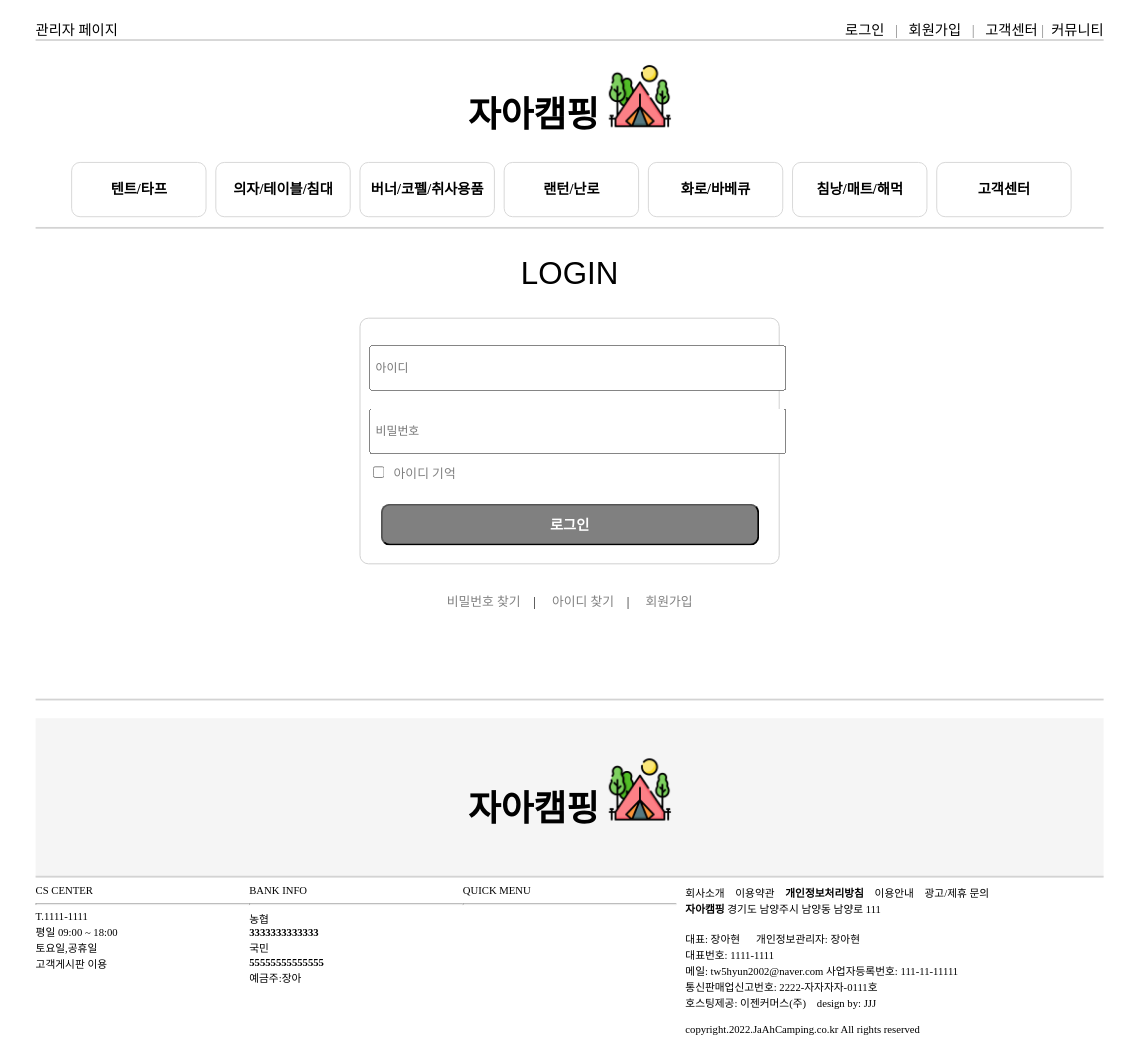
Repository: JJang-Ah/JSP-shoping-mall-project
Page: http://localhost/JaAhCamping/logon/memberLoginForm.jsp
These files come from the project's save history. The page is drawn as it stood at one moment and after the next save; the edit follows.
The browser window is 1280 px wide. The pictures show the whole page, at 89% of full size.
Some web fonts or font styles are not loaded; a fallback is used. The page is served by Tomcat 9. Other server files are loaded and not shown.

Above is the page before, as saved 2022-06-12 14:48:01.

### JaAhCamping/WebContent/logon/memberLoginForm.jsp
<%@ page language="java" contentType="text/html; charset=UTF-8"
    pageEncoding="UTF-8"%>
<!DOCTYPE html>
<html>
<head>
<meta charset="UTF-8">
<title>로그인 폼</title>
<style>
@import url('https://fonts.googleapis.com/css2?family=Hammersmith+One&family=Paytone+One&display=swap');
#container { width: 1200px; margin: 0 auto;}
/* 상단 - 메인, 서브 타이틀 */
.t_title { font-family: 'Hammersmith One', sans-serif; font-size: 2.2em; text-align: center; margin: 30px 0;}

/* 중단 - 입력창 */
.f_input { width: 450px; text-align: center; border: 1px solid #ccc; padding: 10px; margin: 30px auto; border-radius: 10px;}
.f_input .c_id, .f_input .c_pwd { height: 45px; margin-top: 20px; padding-left: 5px;}
.f_input .f_chk { text-align: left; margin-top: 10px; font-size: 0.9em; color: gray;}
.f_input #btn_Login { width: 425px; height: 47px; margin-top: 25px; background: gray; color: white;
 font-size: 16px; font-weight: bold; cursor: pointer; margin-top: 25px; margin-bottom: 10px; border-radius: 10px;}

 /* 하단 - 비밀번호 찾기, 아이디 찾기, 회원가입 */
 .f_a { text-align: center; margin-top: 30px; font-size: 0.9em;}
 .f_a a {color: gray;}
 .t_line { border: 1px solid #e9ecef; margin: 20px 0;}


</style>

<script>
	document.addEventListener("DOMContentLoaded", function() {
		let form = document.loginForm;
		// 로그인 버튼을 클릭했을 때 유효성 검사 (공백 유무)
		let btn_Login = document.getElementById("btn_Login");
		btn_Login.addEventListener("click", function() {
			if(!form.id.value) {
				alert('아이디를 입력하시오.!');
				form.id.focus();
				return;
			}

			if(!form.pwd.value) {
				alert('비밀번호를 입력하시오.!');
				form.pwd.focus();
				return;
			}

			// 아이디 기억하기
			let now = new Date(); // 오늘 날짜
			let name = "cookieId"; // 쿠키 이름
			let value = form.id.value; // 쿠키 값

			if(form.chk.checked == true) { // 체크박스를 체크했을 때 -> 쿠키 생성
				// 만료시간: 지금으로부터 7일 후로 설정, 만료시간으로 사용
				now.setDate(now.getDate() + 7);
			} else { // 체크박스를 해제했을 때 -> 쿠키 삭제
				// 만료시간: 지금 시간으로 설정
				now.setDate(now.getDate() + 0);
			}

			// 쿠키 생성시에 필요한 정보 - 쿠키의 이름과 값, 위치, 만료시간
			// ;path=/;expires= : 현재 페이지의 위치
			document.cookie = name + "=" + escape(value) + ";path=/;expires=" +now.toGMTString() + ";";

			form.submit();
		})


		// 쿠키가 생성되어 있을 때 쿠키에 저장된 값인 아이디를 아이디 입력상자에 놓도록 하는 작업
		// 쿠키 확인 - 쿠키가 존재한다면
		if(document.cookie.length > 0) {
			var search = "cookieId=";
			var idx = document.cookie.indexOf(search); // 쿠키 중에서 cookieId=이 나오는 위치
			if(idx != -1) { // cookieId값이 존재한다면
				idx += search.length;
				var end = document.cookie.indexOf(';', idx);

				if(end == -1) {
					end = document.cookie.length;
				}

				form.id.value = document.cookie.substring(idx, end);
				form.chk.checked = true;
			}
		}
	})
</script>
</head>
<body>

<div id="container">
	<jsp:include page="../mall/shopTop.jsp"></jsp:include>
	<div class="t_title">LOGIN</div>

	<form action="memberLoginPro.jsp" method="post" name="loginForm">
		<div class="f_input">
			<div class="f_id"><input type="text" id="id" name="id" class="c_id" placeholder="아이디" size="55"></div>
			<div class="f_pwd"><input type="password" id="pwd" name="pwd" class="c_pwd" placeholder="비밀번호" size="55"></div>
			<div class="f_chk">
				<input type="checkbox" id="chk" class="c_chk" size="55" name="chk">&nbsp;
				<label for="chk">아이디 기억</label>
			</div>
			<div class="f_submit"><input type="button" value="로그인" id="btn_Login"></div>
		</div>
		<div class="f_a">
			<a href="#">비밀번호 찾기</a>&emsp;|&emsp;
			<a href="#">아이디 찾기</a>&emsp;|&emsp;
			<a href="../member/memberJoinForm.jsp">회원가입</a>
		</div>
	</form>
	<hr class="t_line">
	<jsp:include page="../mall/shopBottom.jsp"></jsp:include>
</div>

</body>
</html>

### JaAhCamping/WebContent/mall/shopTop.jsp
<%@ page language="java" contentType="text/html; charset=UTF-8"
    pageEncoding="UTF-8"%>
<!DOCTYPE html>
<html>
<head>
<meta charset="UTF-8">
<title>Insert title here</title>
<link href="https://fonts.googleapis.com/css2?family=Do+Hyeon&display=swap" rel="stylesheet">

<style>
#container { width: 1200px; margin: 20px auto;}
/* 상단 */
a { text-decoration: none; color: black;}
.t_box1 { text-align: right;}
.t_box1 #admin_page { display: inline-block; float: left;}
.t_box1 .user_menu { display: inline-block; float: right; color: gray;}
.h_line { clear: both; border: 1px solid lightgray; margin-top: 20px;}
.title { text-align: center; font-family: 'Do Hyeon', sans-serif; font-size: 40px;}
#camping { width: 70px; height: 70px;}
#title_sub_go { font-size: 0.8em;}

/* 메뉴 */
.m_menu { list-style: none; font-weight: bold; color: lightgray;}
.m_menu .m_m_list { display: inline-block; float: left; width: 150px; height: 60px;
margin-right: 10px; border: 1px solid lightgray; text-align: center; line-height: 60px; border-radius: 10px;}
.m_menu > .m_m_list { position: relative;}
.m_menu { color: black;}
.m_menu > .m_m_list:hover >.s_menu { display: block;}
.m_m_list > .s_menu { display: none; position: absolute; top: 61px; border: 1px solid lightgray; background: white; border-radius: 10px;}
.s_menu .s_m_list { text-align: left; width: 200px;}

.t_line { clear: both; border: 1px solid lightgray; margin-top: 100px;}
</style>
</head>
<body>
<%
request.setCharacterEncoding("utf-8");

String memberId = (String)session.getAttribute("memberId");


%>
<div id="container">

	<div class="t_box1"> <%--  --%>
		<div id="admin_page"><a href="http://localhost:8088/JaAhCamping/manager/managerMain.jsp">관리자 페이지</a></div>
		<div class="user_menu">
		<%if(memberId == null) {  %>
			<a href="http://localhost:8088/JaAhCamping/logon/memberLoginForm.jsp"><span>로그인</span></a>&ensp; |&ensp;
			<a href="http://localhost:8088/JaAhCamping/member/memberJoinForm.jsp"><span>회원가입</span></a>&ensp; |&ensp;
		<%} else { %>
			<a href="../member/memberInfoForm.jsp"><span><%=memberId %>님</span></a>&ensp; |&ensp;
			<a href="../logon/memberLogout.jsp"><span>로그아웃</span></a>&ensp; |&ensp;
			<a href="cart/cartList.jsp"><span>장바구니</span></a>&ensp; |&ensp;
		<%} %>
		<a href="#">고객센터</a>&nbsp;|&nbsp;
		<a href="#">커뮤니티</a>
		</div>
	</div>
	<hr class="h_line">

	<%-- 상단 제목 --%>
	<h1 class="title"><a href="http://localhost:8088/JaAhCamping/mall/shopAll.jsp">자아캠핑&nbsp;<img alt="camping" src="/JaAhCamping/icons/camping.png" id="camping"></a></h1>

	<nav class="menu">
		<ul class="m_menu">
			<li class="m_m_list"><a href="#">텐트/타프</a>
				<div class="s_menu">
					<ul>
						<li class="s_m_list"><a href="#">텐트</a></li>
						<li class="s_m_list"><a href="#">텐트관련품</a></li>
						<li class="s_m_list"><a href="#">타프</a></li>
						<li class="s_m_list"><a href="#">폴대/펙/스트링/스토퍼</a></li>
						<li class="s_m_list"><a href="#">공구</a></li>
						<li class="s_m_list"><a href="#">기타(텐트/타프)</a></li>
					</ul>
				</div>
			</li>
			<li class="m_m_list"><a href="#">의자/테이블/침대</a>
				<div class="s_menu">
					<ul>
						<li class="s_m_list"><a href="#">의자</a></li>
						<li class="s_m_list"><a href="#">테이블</a></li>
						<li class="s_m_list"><a href="#">선반/수납가구</a></li>
						<li class="s_m_list"><a href="#">야전침대</a></li>
						<li class="s_m_list"><a href="#">퍼니쳐</a></li>
						<li class="s_m_list"><a href="#">기타(의자/테이블/침대)</a></li>
					</ul>
				</div>
			</li>
			<li class="m_m_list"><a href="#">버너/코펠/취사용품</a>
				<div class="s_menu">
					<ul>
						<li class="s_m_list"><a href="#">버너</a></li>
						<li class="s_m_list"><a href="#">코펠</a></li>
						<li class="s_m_list"><a href="#">취사용품</a></li>
						<li class="s_m_list"><a href="#">식기류</a></li>
						<li class="s_m_list"><a href="#">기타(버터/코펠/취사용품)</a></li>
					</ul>
				</div>
			</li>
			<li class="m_m_list"><a href="#">랜턴/난로</a>
				<div class="s_menu">
					<ul>
						<li class="s_m_list"><a href="#">랜턴</a></li>
						<li class="s_m_list"><a href="#">후레쉬</a></li>
						<li class="s_m_list"><a href="#">난로</a></li>
						<li class="s_m_list"><a href="#">액세서리</a></li>
						<li class="s_m_list"><a href="#">기타(랜턴/난로)</a></li>
					</ul>
				</div>
			</li>
			<li class="m_m_list"><a href="#">화로/바베큐</a>
				<div class="s_menu">
					<ul>
						<li class="s_m_list"><a href="#">화로대</a></li>
						<li class="s_m_list"><a href="#">바베큐 그릴</a></li>
						<li class="s_m_list"><a href="#">토치</a></li>
						<li class="s_m_list"><a href="#">바베큐 소품</a></li>
						<li class="s_m_list"><a href="#">기타(화로/바베큐)</a></li>
					</ul>
				</div>
			</li>
			<li class="m_m_list"><a href="#">침낭/매트/해먹</a>
				<div class="s_menu">
					<ul>
						<li class="s_m_list"><a href="#">침낭</a></li>
						<li class="s_m_list"><a href="#">베개/쿠션/방석</a></li>
						<li class="s_m_list"><a href="#">매트</a></li>
						<li class="s_m_list"><a href="#">해먹</a></li>
						<li class="s_m_list"><a href="#">기타(침낭/매트/해먹)</a></li>
					</ul>
				</div>
			</li>
			<li class="m_m_list"><a href="#">고객센터</a>
			</li>
		</ul>
	</nav>
	<hr class="t_line">
</div>

</body>
</html>

Loaded but not shown: JaAhCamping/WebContent/mall/shopBottom.jsp (common file)

After the next save:
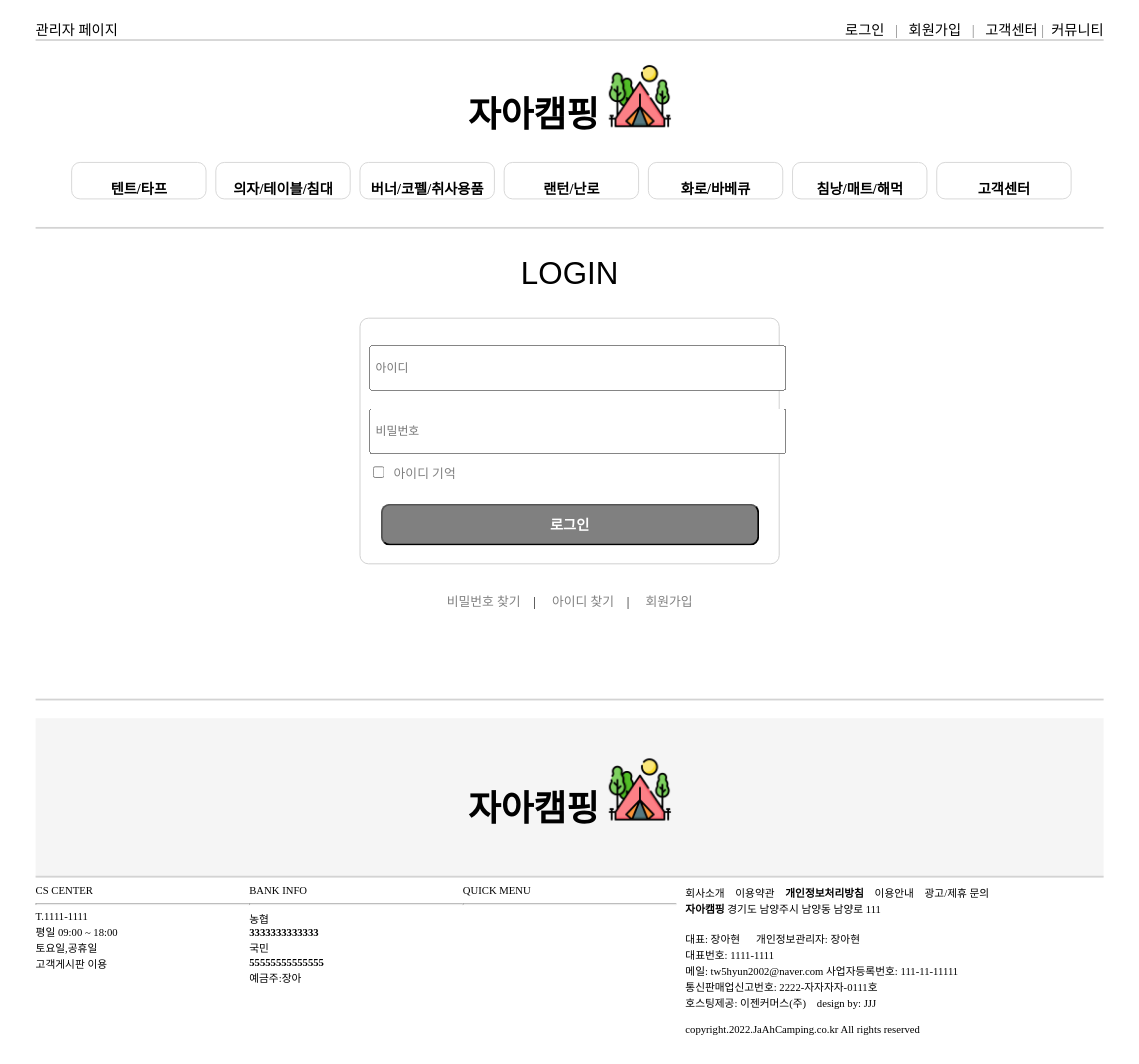
Saved 21 s later.
--- a/JaAhCamping/WebContent/mall/shopTop.jsp
+++ b/JaAhCamping/WebContent/mall/shopTop.jsp
@@ -21,7 +21,7 @@ a { text-decoration: none; color: black;}
 
 /* 메뉴 */
 .m_menu { list-style: none; font-weight: bold; color: lightgray;}
-.m_menu .m_m_list { display: inline-block; float: left; width: 150px; height: 60px;
+.m_menu .m_m_list { display: inline-block; float: left; width: 150px; height: 40px;
 margin-right: 10px; border: 1px solid lightgray; text-align: center; line-height: 60px; border-radius: 10px;}
 .m_menu > .m_m_list { position: relative;}
 .m_menu { color: black;}
